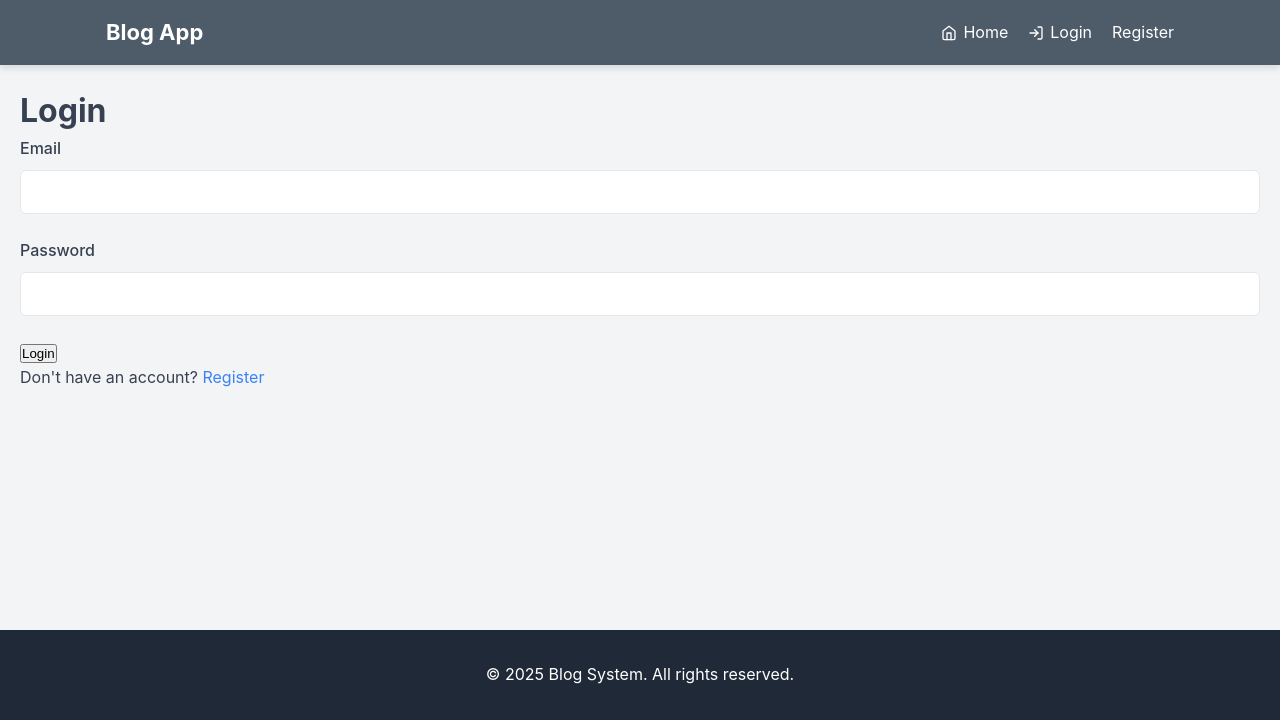
Repository: Vicae-a/Blog
Page: /posts/create (app in frontend/)
An editor plug-in stored every save of this project. The page is shown before and after a run of saves, followed by the edit.
The browser window is 1280 px wide. The pictures show the whole page.
The project was rebuilt for these pictures with package versions that can differ from the ones it lists, and the page was loaded fresh each time. Also part of the build but not shown: frontend/vite.config.js, frontend/src/components/PostCard.jsx, frontend/src/components/Pagination.jsx, frontend/src/components/SearchBar.jsx, frontend/src/pages/Home.jsx, frontend/src/pages/Register.jsx, frontend/src/components/Comment.jsx, frontend/src/components/CommentForm.jsx and 5 more. Imported but missing from the stored project, and not drawn on this page: frontend/src/assets/css/N.

Above is the page before, as saved 2025-03-29 23:24:33.

### frontend/src/main.jsx
import React from 'react';
import ReactDOM from 'react-dom/client';
import { BrowserRouter } from 'react-router-dom';
import App from './App';


const root = ReactDOM.createRoot(document.getElementById('root'));

root.render(
  <BrowserRouter>
    <App />
  </BrowserRouter>
);

### frontend/src/App.jsx
// src/App.jsx
import { BrowserRouter as Router, Routes, Route, Navigate, useLocation } from 'react-router-dom';

import { QueryClient, QueryClientProvider } from "@tanstack/react-query";
import { ToastContainer } from 'react-toastify';
import { AuthProvider, useAuth } from './context/AuthContext';
import Navbar from './components/Navbar';
import Footer from './components/Footer';
import Home from './pages/Home';
import Login from './pages/Login';
import Register from './pages/Register';
import PostDetail from './pages/PostDetail';
import CreatePost from './pages/CreatePost';
import EditPost from './pages/EditPost';
import Profile from './pages/Profile';
import NotFound from './pages/NotFound';
import 'react-toastify/dist/ReactToastify.css';
import './App.css';

const queryClient = new QueryClient({
  defaultOptions: {
    queries: {
      retry: 1,
      refetchOnWindowFocus: false,
    },
  },
});

// Protected route component
const ProtectedRoute = ({ children }) => {
  const { user, loading } = useAuth();
  const location = useLocation();

  if (loading) return <div className="loading">Loading...</div>;

  if (!user) {
    return <Navigate to="/login" replace state={{ from: location.pathname }} />;
  }

  return children;
};

// Guest-only route component
const GuestRoute = ({ children }) => {
  const { user, loading } = useAuth();

  if (loading) return <div className="loading">Loading...</div>;

  if (user) {
    return <Navigate to="/" replace />;
  }

  return children;
};

function App() {
  return (
    <QueryClientProvider client={queryClient}>
      <AuthProvider>

          <div className="app-container">
            <Navbar />
            <main className="main-content">
              <Routes>
                {/* Public routes */}
                <Route path="/" element={<Home />} />
                <Route path="/posts/:id" element={<PostDetail />} />

                {/* Guest-only routes */}
                <Route
                  path="/login"
                  element={
                    <GuestRoute>
                      <Login />
                    </GuestRoute>
                  }
                />
                <Route
                  path="/register"
                  element={
                    <GuestRoute>
                      <Register />
                    </GuestRoute>
                  }
                />

                {/* Protected routes */}
                <Route
                  path="/posts/create"
                  element={
                    <ProtectedRoute>
                      <CreatePost />
                    </ProtectedRoute>
                  }
                />
                <Route
                  path="/posts/:id/edit"
                  element={
                    <ProtectedRoute>
                      <EditPost />
                    </ProtectedRoute>
                  }
                />
                <Route
                  path="/profile"
                  element={
                    <ProtectedRoute>
                      <Profile />
                    </ProtectedRoute>
                  }
                />

                {/* 404 Not Found */}
                <Route path="*" element={<NotFound />} />
              </Routes>
            </main>
            <Footer />
            <ToastContainer
              position="bottom-right"
              autoClose={5000}
              hideProgressBar={false}
              newestOnTop
              closeOnClick
              rtl={false}
              pauseOnFocusLoss
              draggable
              pauseOnHover
              theme="light"
            />
          </div>

      </AuthProvider>
    </QueryClientProvider>
  );
}

export default App;

### frontend/src/context/AuthContext.jsx
// src/context/AuthContext.jsx
import { createContext, useState, useEffect, useContext } from 'react';
import { authAPI } from '../services/api';
import { useNavigate } from 'react-router-dom';
import { toast } from 'react-toastify';

const AuthContext = createContext(null);

export const AuthProvider = ({ children }) => {
  const [user, setUser] = useState(null);
  const [loading, setLoading] = useState(true);
  const navigate = useNavigate();

  // Load user from localStorage on mount
  useEffect(() => {
    const storedUser = localStorage.getItem('user');
    if (storedUser) {
      setUser(JSON.parse(storedUser));
    }
  }, []);

  // Check if user is logged in on mount
  useEffect(() => {
    const checkUser = async () => {
      try {
        const token = localStorage.getItem('token');
        if (token) {
          const response = await authAPI.getCurrentUser();
          setUser(response.data.data.user);
        }
      } catch (error) {
        console.error('Authentication error:', error);
        logout();
      } finally {
        setLoading(false);
      }
    };

    checkUser();
  }, []);

  const register = async (userData) => {
    try {
      const response = await authAPI.register(userData);
      const { user, token } = response.data.data;

      localStorage.setItem('token', token);
      localStorage.setItem('user', JSON.stringify(user));
      setUser(user);

      toast.success('Registration successful!');
      navigate('/');
      return true;
    } catch (error) {
      const errorMessage = error.response?.data?.message || 'Registration failed. Please try again.';
      toast.error(errorMessage);
      return false;
    }
  };

  const login = async (credentials) => {
    try {
      const response = await authAPI.login(credentials);
      const { user, token } = response.data.data;

      localStorage.setItem('token', token);
      localStorage.setItem('user', JSON.stringify(user));
      setUser(user);

      toast.success('Login successful!');
      navigate('/');
      return true;
    } catch (error) {
      const errorMessage = error.response?.data?.message || 'Login failed. Please check your credentials.';
      toast.error(errorMessage);
      return false;
    }
  };

  const logout = () => {
    localStorage.clear();
    setUser(null);
    toast.success('Logged out successfully');
    navigate('/login');
  };

  const updateProfile = async (userData) => {
    try {
      const response = await authAPI.updateProfile(userData);
      const updatedUser = response.data.data.user;

      setUser(updatedUser);
      localStorage.setItem('user', JSON.stringify(updatedUser));

      toast.success('Profile updated successfully');
      return true;
    } catch (error) {
      const errorMessage = error.response?.data?.message || 'Failed to update profile. Please try again.';
      toast.error(errorMessage);
      return false;
    }
  };

  return (
    <AuthContext.Provider
      value={{
        user,
        loading,
        register,
        login,
        logout,
        updateProfile,
        isAuthenticated: !!user
      }}
    >
      {children}
    </AuthContext.Provider>
  );
};

export const useAuth = () => {
  const context = useContext(AuthContext);
  if (!context) {
    throw new Error('useAuth must be used within an AuthProvider');
  }
  return context;
};

### frontend/src/components/Navbar.jsx
import { useState, useEffect, useRef } from "react";
import { Link } from "react-router-dom";
import { useAuth } from "../context/AuthContext";
import { FiMenu, FiX, FiUser, FiLogOut, FiPlus, FiHome, FiLogIn } from "react-icons/fi";
import "./Navbar.css"; // Import scoped CSS

const Navbar = () => {
  const { user, logout, isAuthenticated } = useAuth();
  const [isOpen, setIsOpen] = useState(false);
  const [isDropdownOpen, setIsDropdownOpen] = useState(false);
  const dropdownRef = useRef(null);

  // Close dropdown if clicking outside
  useEffect(() => {
    function handleClickOutside(event) {
      if (dropdownRef.current && !dropdownRef.current.contains(event.target)) {
        setIsDropdownOpen(false);
      }
    }

    document.addEventListener("mousedown", handleClickOutside);
    return () => document.removeEventListener("mousedown", handleClickOutside);
  }, []);

  return (
    <nav className="navbar">
      <div className="container">
        {/* Logo */}
        <Link to="/" className="logo">Blog App</Link>

        {/* Mobile Menu Toggle */}
        <button
          className="menu-toggle"
          onClick={() => setIsOpen(!isOpen)}
        >
          {isOpen ? <FiX /> : <FiMenu />}
        </button>

        {/* Navbar Links */}
        <div className={`nav-links ${isOpen ? "active" : ""}`}>
          <Link to="/" className="nav-item">
            <FiHome /> Home
          </Link>

          {isAuthenticated ? (
            <>
              <Link to="/posts/create" className="nav-item">
                <FiPlus /> New Post
              </Link>

              {/* User Dropdown */}
              <div
                ref={dropdownRef}
                className={`nav-item dropdown ${isDropdownOpen ? "open" : ""}`}
              >
                <button
                  onClick={() => setIsDropdownOpen(!isDropdownOpen)}
                  className="dropdown-btn"
                >
                  <FiUser /> {user.name}
                </button>

                {/* Dropdown Menu */}
                <div className="dropdown-menu">
                  <Link to="/profile" className="dropdown-item">Profile</Link>
                  <button
                    onClick={logout}
                    className="dropdown-item logout"
                  >
                    <FiLogOut /> Logout
                  </button>
                </div>
              </div>
            </>
          ) : (
            <>
              <Link to="/login" className="nav-item">
                <FiLogIn /> Login
              </Link>
              <Link to="/register" className="nav-item">Register</Link>
            </>
          )}
        </div>
      </div>
    </nav>
  );
};

export default Navbar;

### frontend/src/components/Footer.jsx
// src/components/Footer.jsx
const Footer = () => {
    const currentYear = new Date().getFullYear();

    return (
      <footer className="site-footer">
        <div className="container">
          <div className="footer-content">
            <p>&copy; {currentYear} Blog System. All rights reserved.</p>
          </div>
        </div>
      </footer>
    );
  };

  export default Footer;

### frontend/src/pages/Login.jsx
import { useState } from 'react';
import { Link } from 'react-router-dom';
import { useAuth } from '../context/AuthContext';

const Login = () => {
  const [formData, setFormData] = useState({
    email: '',
    password: '',
  });
  const [errors, setErrors] = useState({});
  const [isSubmitting, setIsSubmitting] = useState(false);
  const { login } = useAuth();

  const handleChange = (e) => {
    const { name, value } = e.target;
    setFormData({
      ...formData,
      [name]: value,
    });
    // Clear error when user types
    if (errors[name]) {
      setErrors({
        ...errors,
        [name]: '',
      });
    }
  };

  const validate = () => {
    const newErrors = {};
    if (!formData.email) newErrors.email = 'Email is required';
    if (!formData.password) newErrors.password = 'Password is required';
    return newErrors;
  };

  const handleSubmit = async (e) => {
    e.preventDefault();

    const newErrors = validate();
    if (Object.keys(newErrors).length > 0) {
      setErrors(newErrors);
      return;
    }

    setIsSubmitting(true);

    try {
      await login(formData);
    } catch (error) {
      console.error('Login failed:', error);
    } finally {
      setIsSubmitting(false);
    }
  };

  return (
    <div className="auth-page">
      <div className="auth-container">
        <h1>Login</h1>
        <form onSubmit={handleSubmit}>
          <div className="form-group">
            <label htmlFor="email">Email</label>
            <input
              type="email"
              id="email"
              name="email"
              value={formData.email}
              onChange={handleChange}
            />
            {errors.email && <span className="error">{errors.email}</span>}
          </div>

          <div className="form-group">
            <label htmlFor="password">Password</label>
            <input
              type="password"
              id="password"
              name="password"
              value={formData.password}
              onChange={handleChange}
            />
            {errors.password && <span className="error">{errors.password}</span>}
          </div>

          <button
            type="submit"
            disabled={isSubmitting}
            className="auth-button"
          >
            {isSubmitting ? 'Logging in...' : 'Login'}
          </button>
        </form>

        <div className="auth-links">
          <p>
            Don't have an account? <Link to="/register">Register</Link>
          </p>
        </div>
      </div>
    </div>
  );
};

export default Login;

### frontend/src/assets/css/Navbar.css
/* Navbar Container */
.navbar {
    background-color: #4e5b68;
    color: white;
    padding: 15px 20px;
    position: relative;
    box-shadow: 0 4px 6px rgba(0, 0, 0, 0.1);
  }

  .navbar .container {
    display: flex;
    justify-content: space-between;
    align-items: center;
    max-width: 1100px;
    margin: 0 auto;
  }

  /* Logo */
  .navbar .logo {
    font-size: 22px;
    font-weight: bold;
    text-decoration: none;
    color: white;
  }

  /* Navbar Links */
  .navbar .nav-links {
    display: flex;
    gap: 20px;
    align-items: center;
  }

  .navbar .nav-item {
    text-decoration: none;
    color: white;
    font-size: 16px;
    display: flex;
    align-items: center;
    gap: 6px;
    transition: color 0.3s;
  }

  .navbar .nav-item:hover {
    color: #ffcc00;
  }

  /* Dropdown */
  .navbar .dropdown {
    position: relative;
  }

  .navbar .dropdown-btn {
    background: none;
    border: none;
    color: white;
    font-size: 16px;
    display: flex;
    align-items: center;
    cursor: pointer;
  }

  /* Dropdown Menu */
  .navbar .dropdown-menu {
    position: absolute;
    top: 40px;
    right: 0;
    background: white;
    color: black;
    width: 160px;
    border-radius: 5px;
    box-shadow: 0 4px 6px rgba(0, 0, 0, 0.1);
    display: none; /* Hide initially */
    flex-direction: column;
    z-index: 1000;
  }

  .navbar .dropdown.open .dropdown-menu {
    display: flex; /* Show dropdown when open */
  }

  .navbar .dropdown-item {
    padding: 10px;
    display: flex;
    align-items: center;
    gap: 6px;
    cursor: pointer;
    text-decoration: none;
    color: black;
    transition: background 0.3s;
  }

  .navbar .dropdown-item:hover {
    background: #f1f1f1;
  }

  .navbar .logout {
    color: red;
  }

  /* Mobile Menu */
  .navbar .menu-toggle {
    display: none;
    font-size: 22px;
    background: none;
    border: none;
    color: white;
    cursor: pointer;
  }

  @media (max-width: 768px) {
    .navbar .menu-toggle {
      display: block;
    }

    .navbar .nav-links {
      display: none;
      flex-direction: column;
      gap: 10px;
      position: absolute;
      top: 60px;
      right: 10px;
      background: #3d4e6076;
      width: 200px;
      border-radius: 5px;
      box-shadow: 0 4px 6px rgba(0, 0, 0, 0.1);
    }

    .navbar .nav-links.active {
      display: flex;
    }
  }

Loaded but not shown: frontend/index.html (common file); frontend/src/services/api.js (104 lines, source omitted); frontend/src/App.css (712 lines, source omitted)

After the next 11 saves:
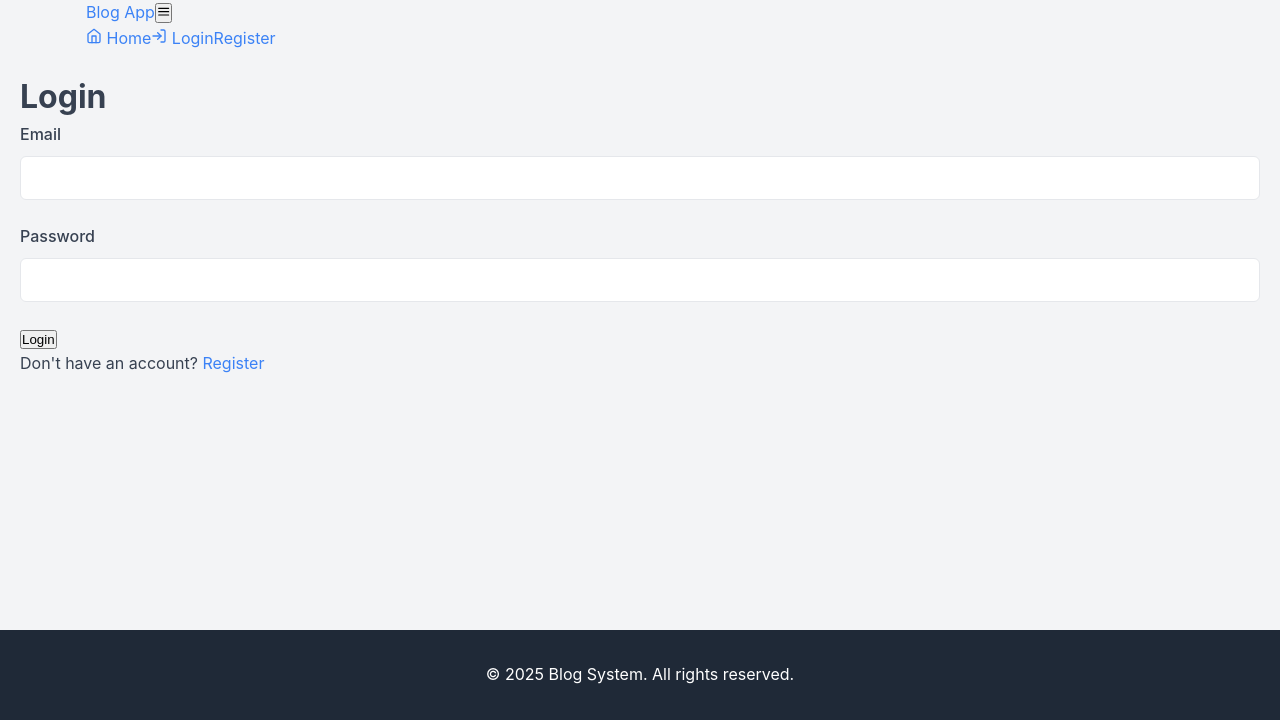
The 11 saves are shown as one change because they came seconds apart.
The last was saved 30 s later.
--- a/frontend/src/components/Navbar.jsx
+++ b/frontend/src/components/Navbar.jsx
@@ -2,7 +2,7 @@
 import { Link } from "react-router-dom";
 import { useAuth } from "../context/AuthContext";
 import { FiMenu, FiX, FiUser, FiLogOut, FiPlus, FiHome, FiLogIn } from "react-icons/fi";
-import "./Navbar.css"; // Import scoped CSS
+import "../assets/css/N"; // Import scoped CSS
 
 const Navbar = () => {
   const { user, logout, isAuthenticated } = useAuth();

After the save that followed:
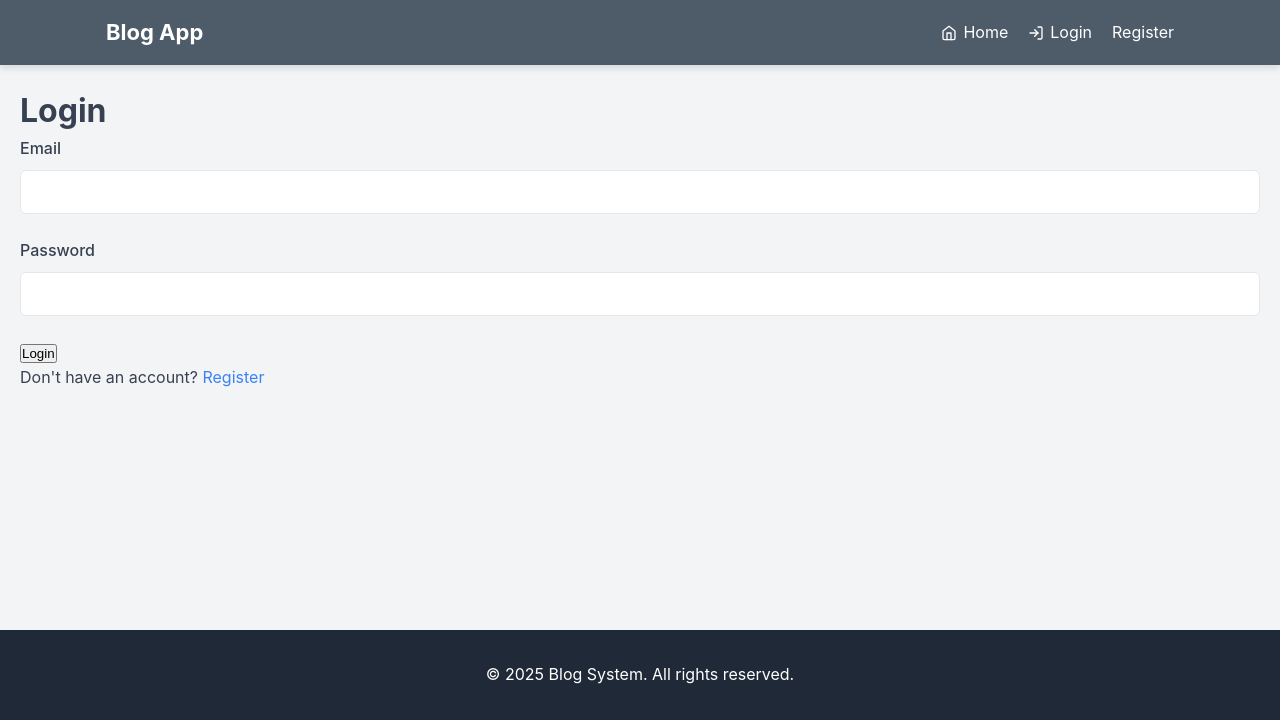
Saved 5 s later.
--- a/frontend/src/components/Navbar.jsx
+++ b/frontend/src/components/Navbar.jsx
@@ -2,7 +2,7 @@
 import { Link } from "react-router-dom";
 import { useAuth } from "../context/AuthContext";
 import { FiMenu, FiX, FiUser, FiLogOut, FiPlus, FiHome, FiLogIn } from "react-icons/fi";
-import "../assets/css/N"; // Import scoped CSS
+import "../assets/css/Navbar.css"; // Import scoped CSS
 
 const Navbar = () => {
   const { user, logout, isAuthenticated } = useAuth();
